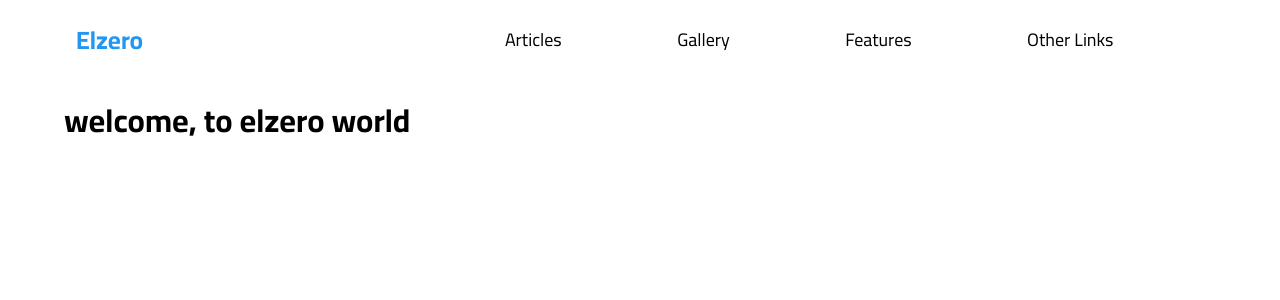
Repository: Toqa-25/elzeroAcdemey-Templete
Page: index.html
An editor plug-in stored every save of this project. The page is shown before and after the next save, followed by the edit.
The browser window is 1280 px wide. The pictures show the whole page.

Above is the page before, as saved 2022-01-16 20:56:30.

After the next save:
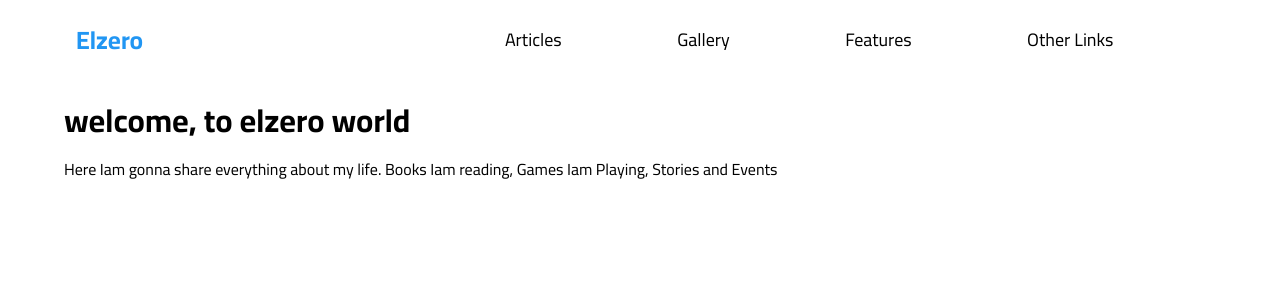
Saved 12 s later.
--- a/index.html
+++ b/index.html
@@ -68,7 +68,7 @@
             <div class="welcome-content">
                 <div class="welcome-content-info">
                     <h1 class="welcome-content-info-head">welcome, to elzero world</h1>
-                    <div class="welcoome-content-info-text"></div>
+                    <div class="welcoome-content-info-text">Here Iam gonna share everything about my life. Books Iam reading, Games Iam Playing, Stories and Events</div>
                 </div>
                 <div class="welcome-content-img"></div>
             </div>
